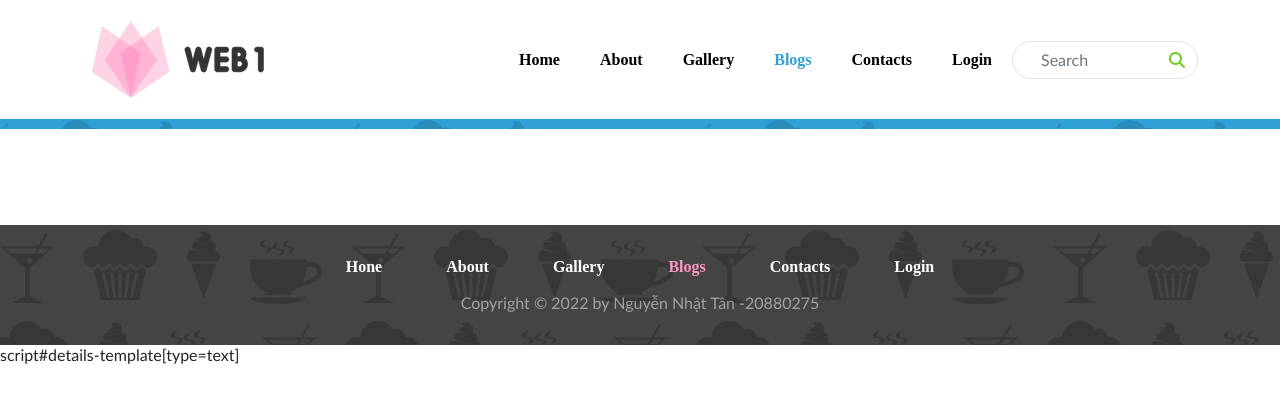
Repository: carembanhkem/web1-20880275
Page: blogs.html
These files come from the project's save history. The page is drawn as it stood at one moment and after a run of saves; the edit follows.
The browser window is 1280 px wide. The pictures show the whole page.
The page's requests for data from a server got no answer. Some web fonts or font styles are not loaded; a fallback is used. Some web libraries are served in a nearby version.

Above is the page before, as saved 2023-02-07 17:46:08.

### blogs.html
<!DOCTYPE html>
<html lang="en">
  <head>
    <title>20880275 - Web1 Project</title>
    <!-- Required meta tags -->
    <meta charset="utf-8" />
    <meta
      name="viewport"
      content="width=device-width, initial-scale=1, shrink-to-fit=no"
    />
    <!-- Favicon-->
    <link rel="shortcut icon" href="images/favicon.ico" type="image/x-icon" />
    <!-- FontAweSome-->
    <script
      src="https://kit.fontawesome.com/ee054dad92.js"
      crossorigin="anonymous"
    ></script>
    <!-- Google Fonts -->
    <link rel="preconnect" href="https://fonts.googleapis.com" />
    <link rel="preconnect" href="https://fonts.gstatic.com" crossorigin />
    <link
      href="https://fonts.googleapis.com/css2?family=Changa+One&display=swap"
      rel="stylesheet"
    />
    <!-- Bootstrap CSS v5.2.1 -->
    <link
      href="https://cdn.jsdelivr.net/npm/bootstrap@5.2.1/dist/css/bootstrap.min.css"
      rel="stylesheet"
      integrity="sha384-iYQeCzEYFbKjA/T2uDLTpkwGzCiq6soy8tYaI1GyVh/UjpbCx/TYkiZhlZB6+fzT"
      crossorigin="anonymous"
    />
    <link rel="stylesheet" href="css/20880275.css" />
  </head>

  <body>
    <header class="container">
      <nav class="navbar navbar-expand-sm navbar-light">
        <a class="navbar-brand" href="#">
          <img src="images/logo.png" alt="Web1 Logo" />
        </a>
        <button
          class="navbar-toggler d-lg-none"
          type="button"
          data-bs-toggle="collapse"
          data-bs-target="#menu-header"
          aria-controls="menu-header"
          aria-expanded="false"
          aria-label="Toggle navigation"
        ></button>
        <div class="collapse navbar-collapse" id="menu-header">
          <ul class="navbar-nav ms-auto mt-2 mt-lg-0">
            <li class="nav-item">
              <a class="nav-link" href="index.html" aria-current="page"
                >Home <span class="visually-hidden">(current)</span></a
              >
            </li>
            <li class="nav-item">
              <a class="nav-link" href="about.html">About</a>
            </li>
            <li class="nav-item">
              <a class="nav-link" href="gallery.html">Gallery</a>
            </li>
            <li class="nav-item">
              <a class="nav-link active" href="blogs.html">Blogs</a>
            </li>
            <li class="nav-item">
              <a class="nav-link" href="contact.html">Contacts</a>
            </li>
            <li class="nav-item">
              <a
                class="nav-link"
                href="#"
                data-bs-toggle="modal"
                data-bs-target="#modalLogin"
                >Login</a
              >
            </li>
          </ul>
          <form class="d-flex my-2 my-lg-0 border rounded-pill" id="formSearch">
            <input
              class="form-control border-0 ms-3"
              type="text"
              placeholder="Search"
            />
            <button class="btn my-2 my-sm-0 border-0" type="submit">
              <i class="fa-solid fa-magnifying-glass"></i>
            </button>
          </form>
        </div>
      </nav>
    </header>

    <!-- Banner -->
    <section id="banner-small"></section>

    <section class="container py-5">
      <div class="row">
        <div class="col-8" id="blogs"></div>

        <div class="col-4" id="blogs-categories"></div>
      </div>
    </section>

    <!-- Footer -->
    <footer class="text-center container-fluid text-white py-3">
      <ul class="nav justify-content-center py-3" id="menu-footer">
        <li class="nav-item">
          <a class="nav-link" href="#" aria-current="page">Hone</a>
        </li>
        <li class="nav-item">
          <a class="nav-link" href="about.html">About</a>
        </li>
        <li class="nav-item">
          <a class="nav-link" href="gallery.html">Gallery</a>
        </li>
        <li class="nav-item">
          <a class="nav-link active" href="blogs.html">Blogs</a>
        </li>
        <li class="nav-item">
          <a class="nav-link" href="contact.html">Contacts</a>
        </li>
        <li class="nav-item">
          <a
            class="nav-link"
            href="#"
            data-bs-toggle="modal"
            data-bs-target="#modalLogin"
            >Login</a
          >
        </li>
      </ul>
      <p class="text-white-50">
        Copyright &copy; 2022 by Nguyễn Nhật Tân -20880275
      </p>
    </footer>

    <!-- Modal Body -->
    <!-- if you want to close by clicking outside the modal, delete the last endpoint:data-bs-backdrop and data-bs-keyboard -->
    <div
      class="modal fade"
      id="modalLogin"
      tabindex="-1"
      data-bs-backdrop="static"
      data-bs-keyboard="false"
      role="dialog"
      aria-labelledby="modalTitleId"
      aria-hidden="true"
    >
      <div
        class="modal-dialog modal-dialog-scrollable modal-dialog-centered modal-sm"
        role="document"
      >
        <div class="modal-content">
          <div class="modal-header">
            <button
              type="button"
              class="btn-close"
              data-bs-dismiss="modal"
              aria-label="Close"
            ></button>
          </div>
          <div class="modal-body">
            <form action="#" method="post" id="formLogin">
              <h3 class="text-center">Login Form</h3>
              <div class="mb-3">
                <input
                  type="text"
                  name="username"
                  id="username"
                  placeholder="Username"
                  class="form-control"
                />
              </div>
              <div class="mb-3">
                <input
                  type="password"
                  name="password"
                  id="password"
                  placeholder="Password"
                  class="form-control"
                />
              </div>
              <button type="submit" class="form-control btn">Login</button>
            </form>
          </div>
          <div class="modal-footer"></div>
        </div>
      </div>
    </div>

    <!-- Boostrap JavaScript Libraries -->
    <script
      src="https://cdn.jsdelivr.net/npm/@popperjs/core@2.11.6/dist/umd/popper.min.js"
      integrity="sha384-oBqDVmMz9ATKxIep9tiCxS/Z9fNfEXiDAYTujMAeBAsjFuCZSmKbSSUnQlmh/jp3"
      crossorigin="anonymous"
    ></script>

    <script
      src="https://cdn.jsdelivr.net/npm/bootstrap@5.2.1/dist/js/bootstrap.min.js"
      integrity="sha384-7VPbUDkoPSGFnVtYi0QogXtr74QeVeeIs99Qfg5YCF+TidwNdjvaKZX19NZ/e6oz"
      crossorigin="anonymous"
    ></script>

    <!-- Handlebars JS-->
    <script
      src="https://cdnjs.cloudflare.com/ajax/libs/handlebars.js/4.7.7/handlebars.min.js"
      integrity="sha512-RNLkV3d+aLtfcpEyFG8jRbnWHxUqVZozacROI4J2F1sTaDqo1dPQYs01OMi1t1w9Y2FdbSCDSQ2ZVdAC8bzgAg=="
      crossorigin="anonymous"
      referrerpolicy="no-referrer"
    ></script>
    <!-- Link to JS file -->
    <script src="js/handlebars-pagination-helper.js"></script>
    <script src="js/20880275.js"></script>

    <!-- Templates -->
    <script id="blogs-categories-template" type="text/x-handlebars-template">
      <h1>Categories</h1>
      <ul class="py-3" id="blogs-categories">
        {{#each data}}
          <li><a
              href="#"
              class="text-black-50 text-decoration-none"
              onclick="loadBlogs('blogs/categories/{{id}}')"
            >{{name}}</a></li><!--Default current page = 1 -->
        {{/each}}
      </ul>
    </script>
    <script id="blogs-template" type="text/x-handlebars-template">
      <h1>Blogs</h1>
      {{#each data}}
      <div class="clearfix py-3">
        <!--<strong>{{id}}</strong> Test-->
        <h3>{{name}}</h3>
        <p class="text-black-50">
          by {{author}} in
          <a href="#" onclick="loadBlogs('blogs/categories/{{category.id}}')">{{category.name}}</a>
          on {{formatDate date}}.<a href="">Comments ({{comments.length}})</a><!-- Su dung Handlebars Helper-->
        </p>
        <img
          src="{{thumbpath}}"
          alt="{{name}}"
          class="float-start me-3 border rounded-4"
        />
        <p>
          {{summary}}
        </p>
        <a href="#" class="btn btn-link readmore ps-0">Read more</a>
      </div>
      {{/each}}
      {{#pagination currentPage pageCount}}<!-- Library nay khi su dung can 2 tham so truyen vao cua context la currentPage va pageCount-->
      <nav aria-label="Page navigation">
        <ul class="pagination">
          {{#each pages}}
          {{#if isCurrent}}
          <li class="page-item disabled" aria-current="page">
            <a class="page-link" href="#" onclick="loadBlogs('{{../../request}}', {{page}})">{{page}}</a><!-- Dung chinh request ban dau da truyen cua context, nhung vi dang o trong property data => pagination => pages nen ta phai dung ../.. de ve lai data va goi requests cua data -->
          </li>
          {{/if}}
          {{#unless isCurrent}}
          <li class="page-item"><a class="page-link" href="#" onclick="loadBlogs('{{../../request}}', {{page}})">{{page}}</a></li>
          {{/unless}}
          {{/each}}
        </ul>
      </nav>
      {{/pagination}}
    </script>
    script#details-template[type=text]
    <!-- Dinh nghia Handlebar Helper-->
    <script>
      Handlebars.registerHelper("formatDate", function(date) {
        let formatDate = new Date(date);
        let option = {
          weekday: "short",
          year: "numeric",
          month: "short",
          day: "numeric",
          timeZoneName: "short"
        };
        return formatDate.toLocaleString('en-US', option);//Ham format DateTime
      })
      async function loadBlogs(request, currentPage = 1) {
        const response = await fetch(`${API}/${request}?${currentPage}`);
        const context = await response.json();
        context.currentPage = currentPage; //Khoi tao gia tri currentPage cho context de su dung library pagination. Page Cout thi cos trong context luon roi
        context.request = request; //Ta truyen request vao trong context luon de sau nay co the su dung pagination voi chinh request ban dau
        //Compile a template in JavaScript by using Handlebars.compile
        var source = document.getElementById("blogs-template").innerHTML;
        var template = Handlebars.compile(source);
        //Display on view
        var view = document.getElementById("blogs");
        view.innerHTML = template(context);
      }
      loadBlogs("blogs"); //currentPage default = 1
      loadData(
        "blogs-categories",
        "blogs-categories-template",
        "blogs-categories"
      );
    </script>
  </body>
</html>

### css/20880275.css
:root {
    --web1-pink: #FA97C2;
    --web1-blue: #2FA0D5;
    --web1-green: #73C926;
}

body {
    font-family: 'Trebuchet MS', Arial, Helvetica, sans-serif;
    font-size: 16px;
    line-height: 20px;
}

h1, h2, h3, h4 {
    font-family: 'Changa One', cursive;
    font-weight: 400;
}

h1 {
    font-size: 60px;
    line-height: 60px;
    font-weight: 900;
}

/* Header */
#menu-header a {
    display: block;
    padding: 0 1.25rem;
    font-weight: bold;
    color: black;
    font-family: 'Changa One', cursive;
}
#menu-header a.active {
    color: var(--web1-blue);
}

#formSearch input {
    width: 8rem;
}

#formSearch i {
    color: var(--web1-green);
}

/* Banner */
#banner {
    background-image: url('../images/bg-banner.gif');
}

#banner > div {
    background: url('../images/logo_bg.png') left top no-repeat, url('../images/search_bg.png') right top no-repeat;
    padding: 5rem 0  3rem 0;
}

#banner a {
    background-color: var(--web1-pink);
    font-family: 'Changa One', cursive;
    font-size: 2rem;
}

#banner .carousel-item {
    min-height: 15rem; /*Do chieu cao khong co dinh nen minheight bang cai lon nhat de ko bi xe dich*/
}

#banner .carousel-indicators li {
    width: 1.2rem;
    height: 1.2rem;
    border-radius: 1.2rem; /* de no thanh hinh tron*/
    border: none; /* de no thanh hinh tron vi width = height = border radius*/
    margin: 0 0.25rem;
    position: relative;
}

#banner .carousel-indicators li span {
    position: absolute;
    top: 0.3rem;
    left: 0.3rem;
    width: 0.6rem;
    height: 0.6rem;
    border-radius: 0.6rem;
    border: none;
    text-align:left;
    text-indent: -9999px;
}

#banner .carousel-indicators li.active span{
    background-color: var(--web1-green);
}

/* banner small */
#banner-small {
    background-image: url(../images/bg-banner.gif);
    padding: 5px;
}

/* products */
.readmore {
    color: var(--web1-blue);
    margin-top: -4px;
}

.web1-text-blue {
    color: var(--web1-blue);
}

/* about us */
#aboutus {
    background-color: var(--web1-pink);
}
#about-us h4 {
    color: black;
}
/* Testimonials */
#testimonials {
    background-color: var(--web1-pink);
}
#testimonials .col {
    background: url("../images/quot.png") left top no-repeat;
    padding-left: 3rem;
}

#formSignUp {
    border-style: dashed !important;
    border-color: rgba(0,0,0,0.5) !important;
}

/* news */
#news .date {
    background-color: var(--web1-green);
    width: 6rem;
    padding: 1.5rem;
}

/* Footer*/
footer {
    background-image: url('../images/bg-footer.gif');
}

#menu-footer a {
    color: white;
    font-weight: bold;
    font-family: 'Changa One', cursive;
    display: block;
    padding: 0 2rem;
}

#menu-footer a.active {
    color: var(--web1-pink);
}

/* Modal Login*/
#formLogin button[type="submit"]{
    background-color: var(--web1-blue);
    color: white;
}

/* Blogs Page*/
#blogs-categories li {
    list-style-type: none;
    background: url("../images/marker1.png") 0 0.25rem no-repeat;
    padding: 0 0 0.75rem 1.5rem;
}

### js/handlebars-pagination-helper.js
Handlebars.registerHelper('pagination', function(currentPage, totalPage, size, options) {
  var startPage, endPage, context;

  if (arguments.length === 3) {
    options = size;
    size = 5;
  }

  startPage = currentPage - Math.floor(size / 2);
  endPage = currentPage + Math.floor(size / 2);

  if (startPage <= 0) {
    endPage -= (startPage - 1);
    startPage = 1;
  }

  if (endPage > totalPage) {
    endPage = totalPage;
    if (endPage - size + 1 > 0) {
      startPage = endPage - size + 1;
    } else {
      startPage = 1;
    }
  }

  context = {
    startFromFirstPage: false,
    pages: [],
    endAtLastPage: false,
  };
  if (startPage === 1) {
    context.startFromFirstPage = true;
  }
  for (var i = startPage; i <= endPage; i++) {
    context.pages.push({
      page: i,
      isCurrent: i === currentPage,
    });
  }
  if (endPage === totalPage) {
    context.endAtLastPage = true;
  }

  return options.fn(context);
});

### js/20880275.js
const API = "https://web1-api.vercel.app/api";

async function loadData(request, templateId, viewId){
    const response = await fetch(`${API}/${request}`);
    const data = await response.json();
    //Compile a template in JavaScript by using Handlebars.compile
    var source = document.getElementById(templateId).innerHTML;
    var template = Handlebars.compile(source);
    //Get the HTML result of evaluating a Handlebars template by executing the template with a context.
    var context = { data: data };
    //Display on view
    var view = document.getElementById(viewId)
    view.innerHTML = template(context);
}

After the next 3 saves:
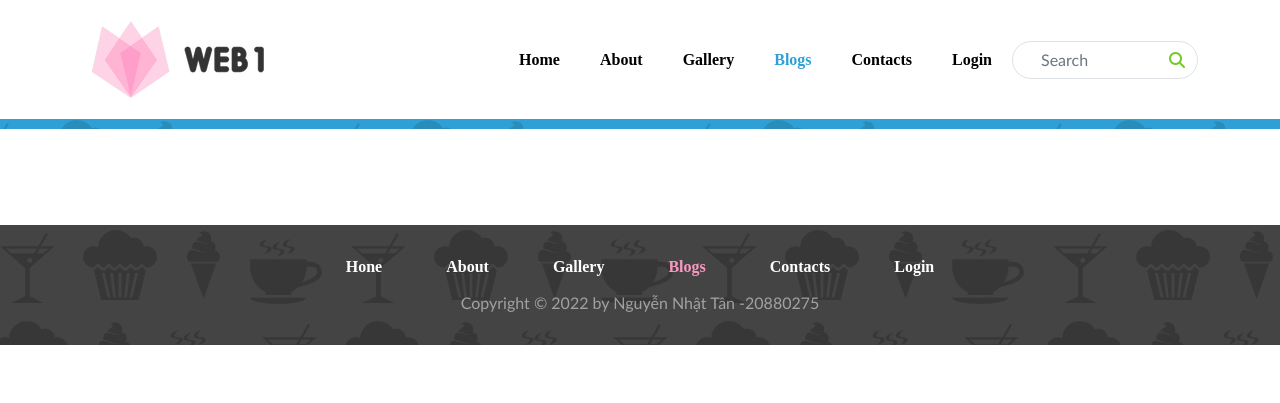
The 3 saves are shown as one change because they came seconds apart.
The last was saved 9 s later.
--- a/blogs.html
+++ b/blogs.html
@@ -264,7 +264,9 @@
       </nav>
       {{/pagination}}
     </script>
-    script#details-template[type=text]
+    <script id="details-template" type="text/x-handlebars-template">
+
+    </script>
     <!-- Dinh nghia Handlebar Helper-->
     <script>
       Handlebars.registerHelper("formatDate", function(date) {
